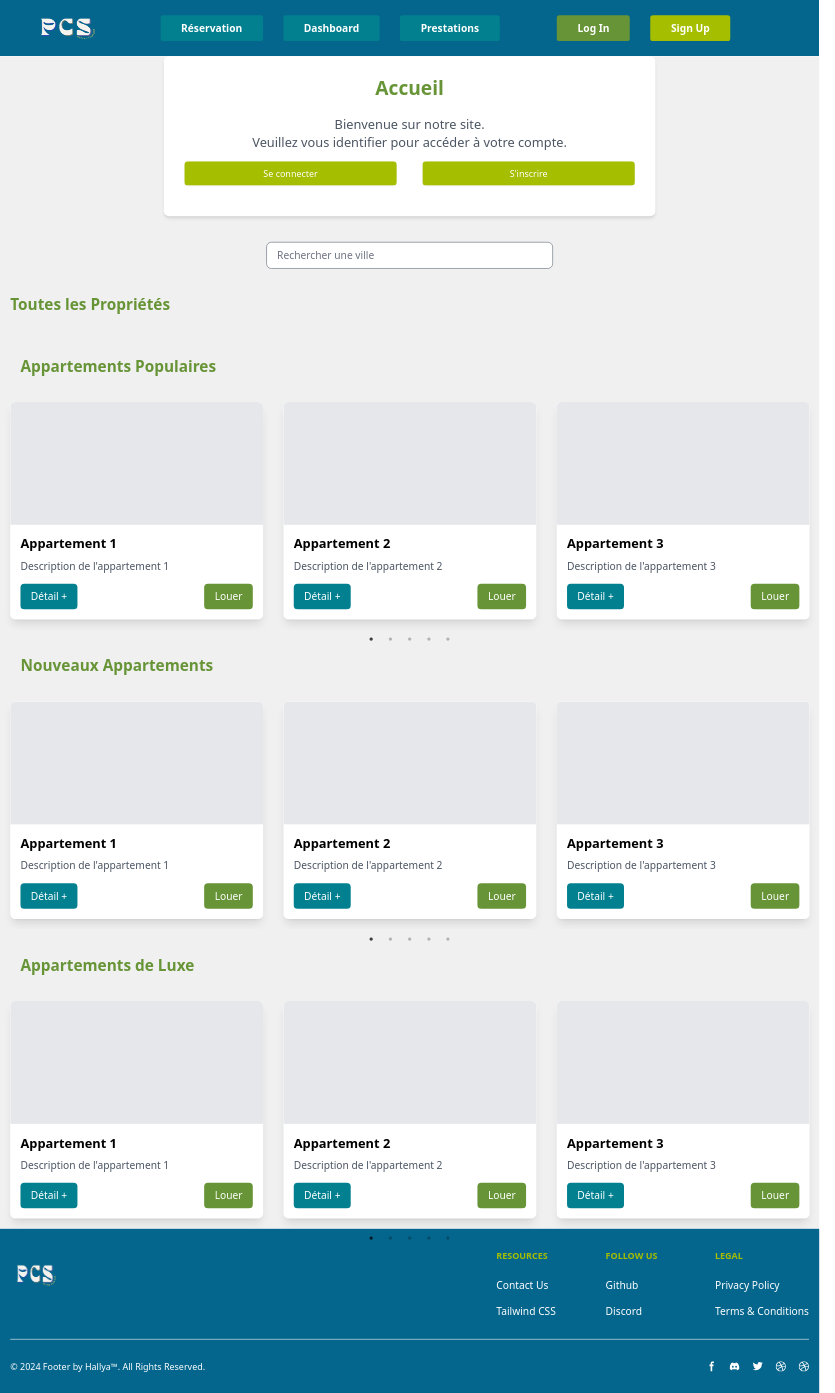
Repository: HATTOUNGBRE/ProjetAnnuel2
Page: /logout (app in FRONT/)
The author's editor kept a copy of each file at every save. The page is drawn from the files as they stood at one save, then again after the next save.
The browser window is 1280 px wide. The page is 1305 px wide, so the pictures cover 1305 px, including what lies to the right of the window. The pictures show the whole page, at 64% of full size.
The page's requests for data from a server got no answer. The project was rebuilt for these pictures with package versions that can differ from the ones it lists, and the page was loaded fresh each time. No one was signed in, and anything a server would have sent is missing. Also part of the build but not shown: FRONT/vite.config.js, FRONT/src/components/PropertyCard.jsx, FRONT/src/components/Contact.jsx, FRONT/src/components/CatUser.jsx, FRONT/src/components/Login.jsx, FRONT/src/components/prestataire/PrestataireType.jsx, FRONT/src/components/prestataire/PrestataireDetails.jsx, FRONT/src/components/Account.jsx and 14 more.

Above is the page before, as saved 2024-06-27 15:02:03.

After the next save:
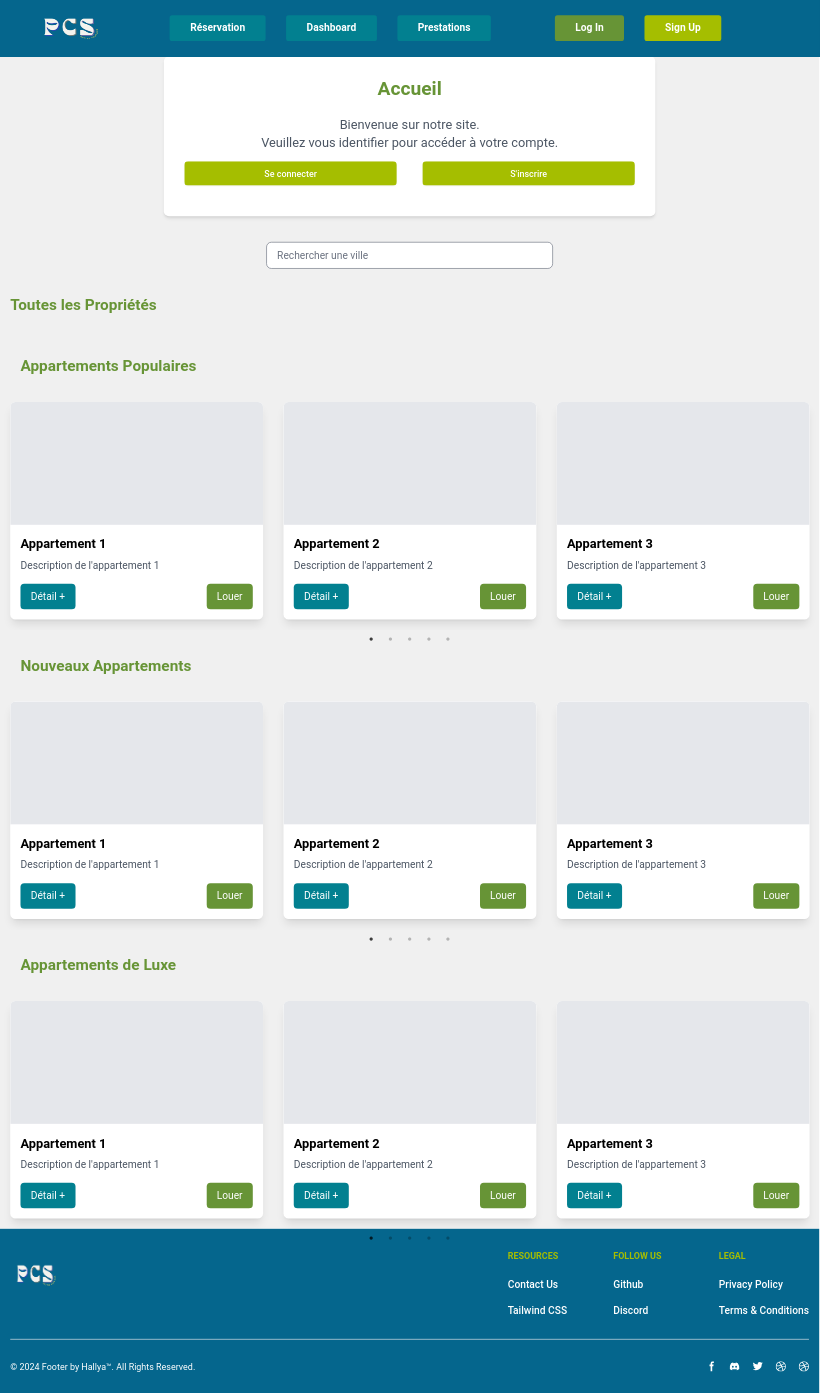
Saved 17 s later.
--- a/FRONT/src/App.css
+++ b/FRONT/src/App.css
@@ -7,6 +7,7 @@ html, body {
   width: 100%;
   margin: 0;
   padding: 0;
+  font-family: 'Roboto', sans-serif;
 }
 
 
